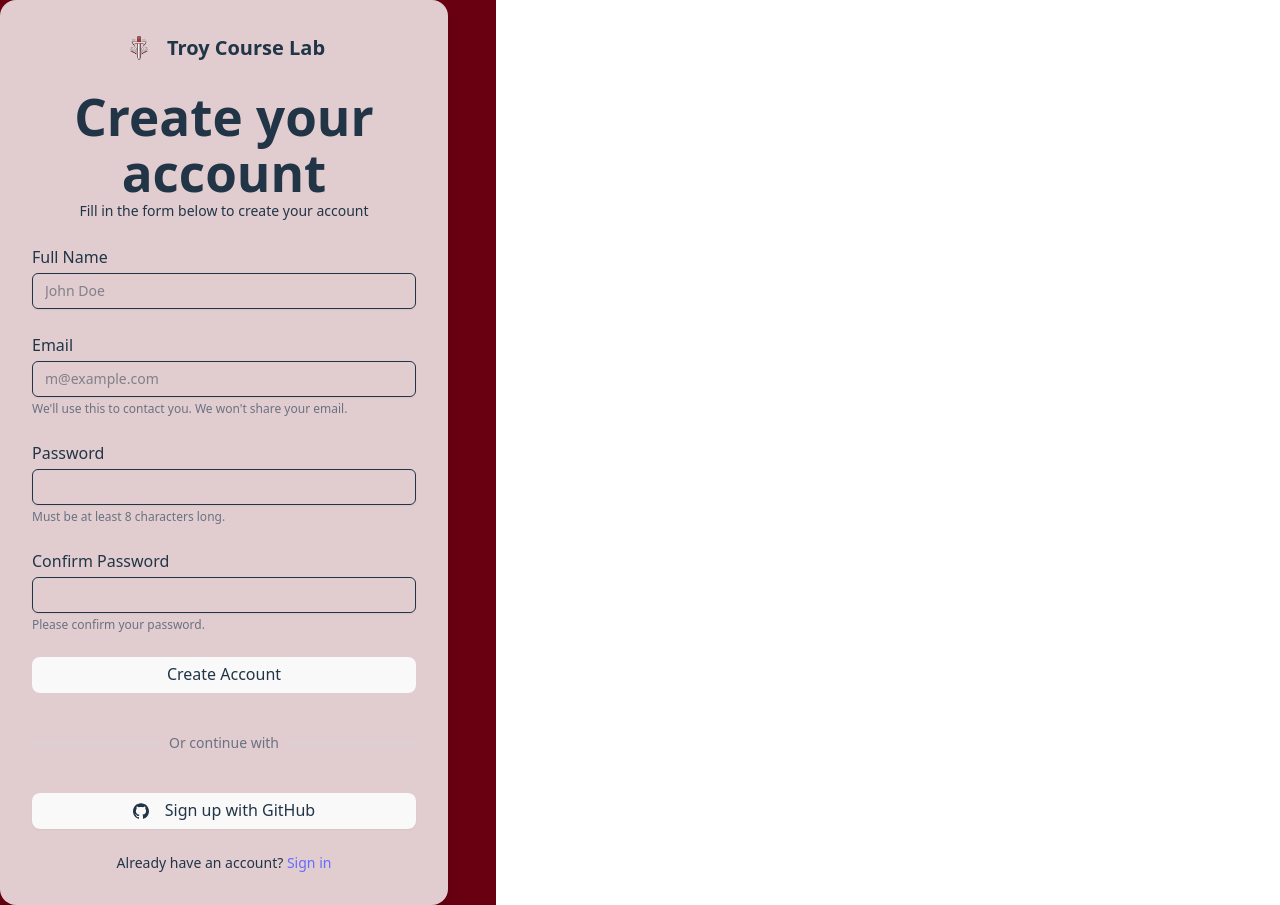
Repository: toilatrung/auth-ui-kit
Page: /register
The author's editor kept a copy of each file at every save. The page is drawn from the files as they stood at one save, then again after the next save.
The browser window is 1280 px wide. The pictures show the whole page.
The project was rebuilt for these pictures with package versions that can differ from the ones it lists, and the page was loaded fresh each time. Also part of the build but not shown: vite.config.ts, src/pages/LoginPage.tsx.

Above is the page before, as saved 2025-11-01 17:19:31.

After the next save:
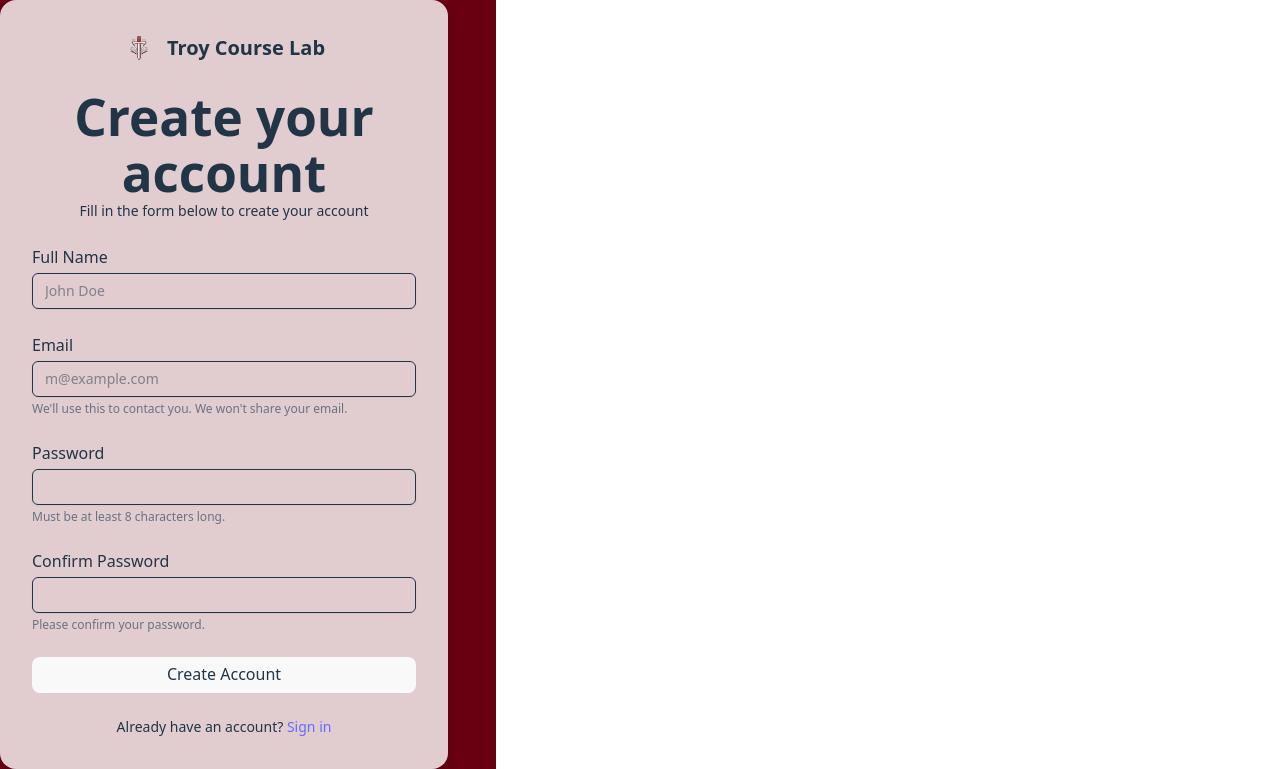
Saved 2 min 26 s later.
--- a/src/components/auth/register-form.tsx
+++ b/src/components/auth/register-form.tsx
@@ -78,39 +78,6 @@
 
       <Button type="submit">Create Account</Button>
 
-      <div className="relative flex items-center my-4">
-        <div className="flex-grow border-t border-gray-300"></div>
-        <span className="px-2 text-gray-500 text-sm">Or continue with</span>
-        <div className="flex-grow border-t border-gray-300"></div>
-      </div>
-
-      <Button variant="outline" type="button">
-        <svg xmlns="http://www.w3.org/2000/svg" viewBox="0 0 24 24" className="h-5 w-5 mr-2">
-          <path
-            d="M12 .297c-6.63 0-12 5.373-12 12 0 5.303
-            3.438 9.8 8.205 11.385.6.113.82-.258.82-.577
-            0-.285-.01-1.04-.015-2.04-3.338.724-4.042-1.61
-            -4.042-1.61C4.422 18.07 3.633 17.7 3.633 17.7
-            c-1.087-.744.084-.729.084-.729 1.205.084 1.838
-            1.236 1.838 1.236 1.07 1.835 2.809 1.305 3.495
-            .998.108-.776.417-1.305.76-1.605-2.665-.3-5.466
-            -1.332-5.466-5.93 0-1.31.465-2.38 1.235-3.22
-            -.135-.303-.54-1.523.105-3.176 0 0 1.005-.322
-            3.3 1.23.96-.267 1.98-.399 3-.405 1.02.006
-            2.04.138 3 .405 2.28-1.552 3.285-1.23
-            3.285-1.23.645 1.653.24 2.873.12
-            3.176.765.84 1.23 1.91 1.23
-            3.22 0 4.61-2.805 5.625-5.475
-            5.92.42.36.81 1.096.81 2.22
-            0 1.606-.015 2.896-.015 3.286
-            0 .315.21.69.825.57C20.565 22.092
-            24 17.592 24 12.297c0-6.627-5.373-12-12-12"
-            fill="currentColor"
-          />
-        </svg>
-        Sign up with GitHub
-      </Button>
-
       <p className="text-center text-sm">
         Already have an account? <a href="#" className="text-blue-500">Sign in</a>
       </p>
